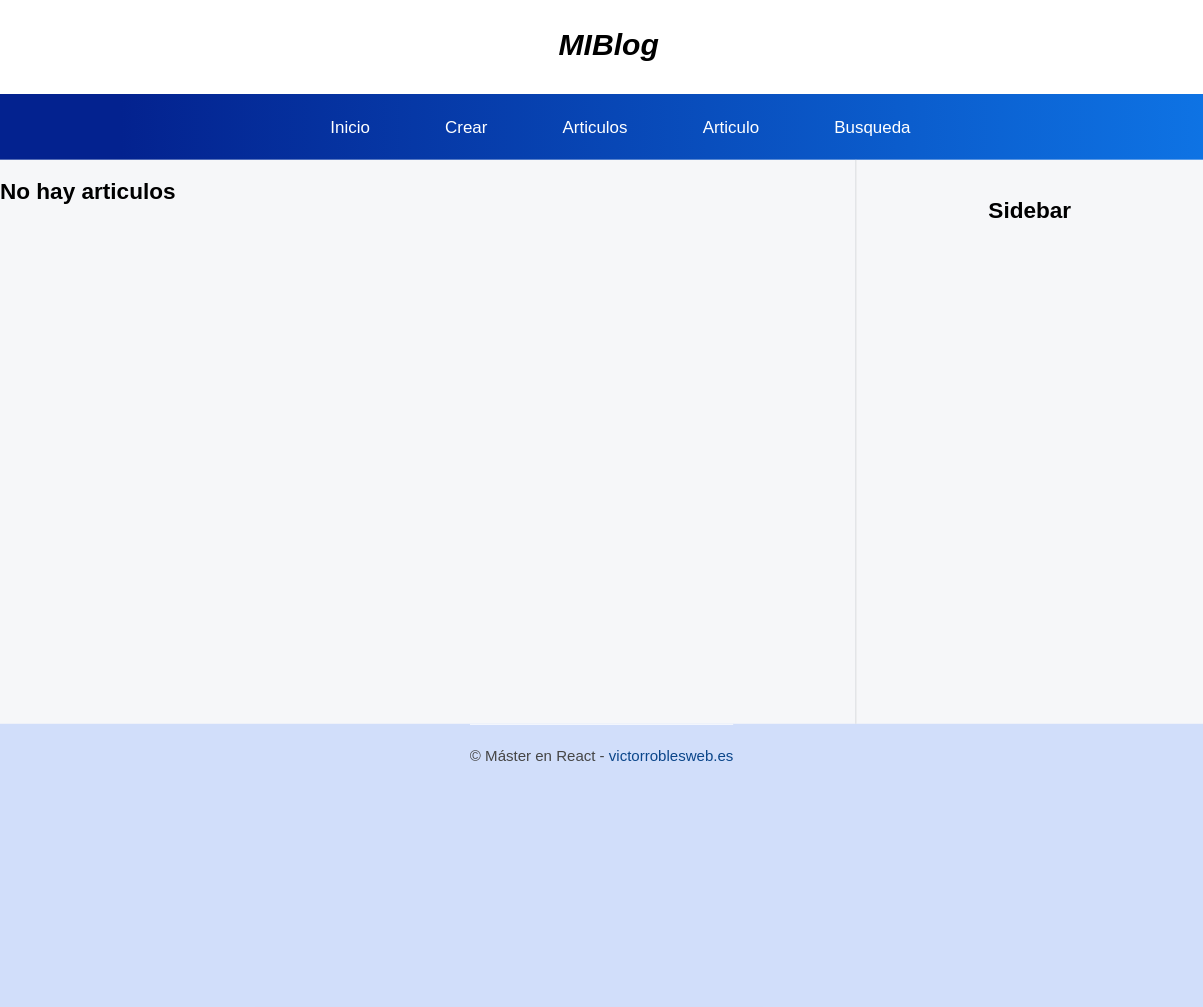
Repository: DamianBermudez94/frondEnd-blog
Page: /articulos
The author's editor kept a copy of each file at every save. The page is drawn from the files as they stood at one save, then again after the next save.
The browser window is 1280 px wide. The pictures show the whole page, at 94% of full size.
The page's requests for data from a server got no answer. The project was rebuilt for these pictures with package versions that can differ from the ones it lists, and the page was loaded fresh each time. No one was signed in, and anything a server would have sent is missing. Also part of the build but not shown: vite.config.js, src/components/pages/Inicio.jsx, src/components/pages/Busqueda.jsx, src/components/pages/Crear.jsx, src/components/pages/Articulo.jsx.

Above is the page before, as saved 2023-08-09 19:16:53.

### index.html
<!doctype html>
<html lang="es">
  <head>
    <meta charset="UTF-8" />
    <link rel="icon" type="image/svg+xml" href="/vite.svg" />
    <meta name="viewport" content="width=device-width, initial-scale=1.0" />
    <title>Proyecto-blog</title>
  </head>
  <body>
    <div id="root"></div>
    <script type="module" src="/src/main.jsx"></script>
  </body>
</html>

### src/main.jsx

import ReactDOM from 'react-dom/client'
import App from './App.jsx'
import './index.css'

ReactDOM.createRoot(document.getElementById('root')).render(

    <App />

)

### src/App.jsx
import { Rutas } from "./router/rutas"



function App() {


  return (
    <div className="layout">
      <Rutas></Rutas>
    </div>
  )
}

export default App

### src/index.css
/*:root {
  font-family: Inter, system-ui, Avenir, Helvetica, Arial, sans-serif;
  line-height: 1.5;
  font-weight: 400;

  color-scheme: light dark;
  color: rgba(255, 255, 255, 0.87);
  background-color: #242424;

  font-synthesis: none;
  text-rendering: optimizeLegibility;
  -webkit-font-smoothing: antialiased;
  -moz-osx-font-smoothing: grayscale;
  -webkit-text-size-adjust: 100%;
}

a {
  font-weight: 500;
  color: #646cff;
  text-decoration: inherit;
}
a:hover {
  color: #535bf2;
}

body {
  margin: 0;
  display: flex;
  place-items: center;
  min-width: 320px;
  min-height: 100vh;
}

h1 {
  font-size: 3.2em;
  line-height: 1.1;
}

button {
  border-radius: 8px;
  border: 1px solid transparent;
  padding: 0.6em 1.2em;
  font-size: 1em;
  font-weight: 500;
  font-family: inherit;
  background-color: #1a1a1a;
  cursor: pointer;
  transition: border-color 0.25s;
}
button:hover {
  border-color: #000bdb;
}
button:focus,
button:focus-visible {
  outline: 4px auto -webkit-focus-ring-color;
}

@media (prefers-color-scheme: light) {
  :root {
    color: #213547;
    background-color: #ffffff;
  }
  a:hover {
    color: #000dff;
  }
  button {
    background-color: #f9f9f9;
  }
}*/


/*ESTILOS GENERALES*/

body{
  background: #d1defa;
  font-family: sans-serif, Arial, Helvetica;
  text-align: center;
  padding: 0px;
  margin: 0px;
  box-sizing: border-box;

}

.layout{
  display: grid;
  grid-template-areas:
      "header header header header"
      "nav nav nav nav"
      "content content content lateral"
      "footer footer footer footer"
  ;
  grid-template-rows: 100px 70px auto 70px;
}

/*ESTILOS CABECERA*/

.header{
  grid-area: header;
  width: 100%;
  background: white;
  text-align: left;
  font-style: italic;

  display: flex;
  justify-content: center;
}



.header h1{
  margin-left: 15px;
  margin-top: 30px;
}

/*ESTILOS DE LA BARRA DE NAVEGACIÓN*/

.nav{
  grid-area: nav;
  background: linear-gradient(90deg, #03228f 10%, #0e73e4 100%);
}

.nav > ul {
  display: flex;
  justify-content: center;
  align-items: center;
  list-style: none;
}

.nav li{
  padding: 10px;
}

.nav a {
  display: block;
  margin-left: 30px;
  margin-right: 30px;
  font-size: 18px;
  font-weight: lighter;
  color: white;
  text-decoration: none;
  transition: all 300ms;
}

.nav a:hover{
  transform: scale(1.1, 1.1);
}

/*ESTILOS PARA EL CONTENIDO PRINCIPAL*/

.content{
  height: 600px;
  grid-area: content;
  background: #f6f7f9;
  display: flex;
  flex-flow: wrap;
  justify-content: flex-start;
  align-items: initial;
  flex-grow: 1;
}
.jumbo{
  width: 85%;
  height: 80%;
  padding-top: 20px;
  display: flex;
  background-color: #ddd;
  justify-content: center;
  align-items: center;
  flex-direction: column;
  border-radius: 5px;
  box-shadow: 1px 0px 10px 0px #6e6e6e;
  margin: 30px auto;
}
.articulo-item{
  flex-grow: 1;
  background: white;
  border-radius: 10px;
  box-shadow: 0px 0px 6px #ddd;
  margin: 20px;
  padding-top: 60px;
  padding-bottom: 60px;
  padding-left: 25px;
  padding-right: 25px;
  display: flex;
  justify-content: center;
  align-items: center;
  max-height: 225px;
}
.articulo-img img{
  width: 500px;
  overflow: hidden;
}
.articulo-item .edit{
  margin-right: 7px;
}
.articulo-datos{
  text-align: left;
}
.title-articulo{
  font-size: 25px;

}
.button,
button,
input[type="submit"],
input[type="button"]{
  width: 100px;
  background: #0b70e1;
  color: white;
  border: 0;
  outline: 0;
  padding:15px;
  border-radius: 3px;
  margin-top:15px;
  text-transform: capitalize;
  font-size: 16px;
  font-weight: 500;
  cursor: pointer;
  transition: all 300ms;
}
.articulo-borrar{
  margin-right: 20px;
}
.articulo-item .articulo-borrar:hover{

  background: #9b0202;
}

.articulo-item .articulo-editar:hover{
  background: #e77b00;
}

/*ESTILOS BARRA LATERAL*/

.lateral{
  grid-area: lateral;
  background: #f6f7f9;
  border-left: 1px solid #ddd;
  padding: 20px;
}

.lateral > div{
  box-sizing: border-box;
  width: 90%;
  margin: 20px;
  padding: 20px;
  padding-top: 10px;
  background: white;
  border-radius: 10px;
  box-shadow: 0px 0px 6px #ddd;
}

.lateral input[type="text"],
.lateral input[type="text"],
.lateral textarea,
.edit_form input[type="text"],
.edit_form input[type="text"],
.edit_form textarea
{
  display: block;
  margin: 0 auto;
  margin-top: 15px;
  padding: 12px;
  border-radius: 5px;
  background: #f6f7f9;
  color: #454545;
  width: 80%;
  max-width: 250px;
  min-width: 250px;
  min-height: 30px;
  max-height: 250px;
  opacity: 4;
  outline: 0;
  border-color: transparent;
}
.no-encontrado{
  color: #9b0202;
}
.edit_form{
  border-top: 1px solid #ddd;
  margin-top: 10px;
}

/*ESTILOS PARA EL PIE DE PÁGINA*/
.footer{
  height: 300px;
  grid-area: footer;
  margin: 0 auto;
  background: #d1defa;
  color: #454545;
  border-top: 1px solid white;

  line-height: 68px;

}

.footer a{
  color: #0b468a;
  text-decoration: none;
}

@media (max-width: 1085px){
  .content {
      flex-flow: column wrap;
      justify-content: center;
      align-items: center;
  }

  .articulo-item{
      width: 80%;
  }
}

### src/router/rutas.jsx
import React from "react";
import { BrowserRouter, Routes, Route, Navigate } from "react-router-dom";
import { Inicio } from "../components/pages/Inicio";
import { Busqueda } from "../components/pages/Busqueda";
import { Crear } from "../components/pages/Crear";
import Articulos from "../components/pages/Articulos";
import { Articulo } from "../components/pages/Articulo";
import { Header } from "../components/layout/Header";
import { Nav } from "../components/layout/Nav";
import { Footer } from "../components/layout/Footer";
import { Sidebar } from "../components/layout/Sidebar";


export const Rutas = ()=>{

    return(

        <BrowserRouter>
            {/*Layout*/}
            <Header></Header>
            <Nav></Nav>
            {/*Contenido principal y rutas*/}
            <section id="content" className="content">
                <Routes>
                    <Route path="/" element={<Inicio/>}/>
                    <Route path="/inicio" element={<Inicio/>}/>
                    <Route path="/busqueda" element={<Busqueda/>}/>
                    <Route path="/crear" element={<Crear/>}/>
                    <Route path="/articulos" element={<Articulos/>}/>
                    <Route path="/articulo" element={<Articulo/>}/>
                </Routes>
            </section>
            <Sidebar/>
            <Footer></Footer>
        </BrowserRouter>

    )

}

### src/components/pages/Articulos.jsx
import { useEffect, useState } from "react";

const Articulos = () => {
  const [articulos, setArticulos] = useState([]);

  useEffect(() => {
    conseguirArticulos();
  }, []);

  const conseguirArticulos = async () => {
    const url = "http://localhost:3750/api/articulos/";
    let peticion = await fetch(url, { method: "GET" });
    const datos = await peticion.json();
    console.log(datos);
    if (datos.status === "success") {
      console.log(datos.listado);
      setArticulos(datos.listado);
    }
  };

  return (
    <>
      {
      articulos.length >= 1 ? (
        articulos.map((articulo) => {
          return (
            <article key={articulo._id} className="articulo-item">
              <div className="articulo-img">
                <img
                  src="https://cms.rootstack.com/sites/default/files/inline-images/javascript%20logo.png"
                  alt=""
                />
              </div>
              <div className="articulo-datos">
                <h3 className="title-articulo">{articulo.titulo}</h3>
                <p className="parrafo-articulo">
                  {articulo.contenido}
                </p>
                <button className="articulo-borrar">borrar</button>
                <button className="articulo-editar">editar</button>
              </div>
            </article>
          );
        })
      ):(
        <h1>No hay articulos</h1>
      )
}
    </>
  );
};

export default Articulos;

### src/components/layout/Header.jsx
import React from 'react'

export const Header = () => {
  return (

         <header className="header">
            <h1>MIBlog</h1>
        </header>

  )
}

### src/components/layout/Nav.jsx
import React from 'react'
import { NavLink } from 'react-router-dom'

export const Nav = () => {
  return (

           <nav className="nav">
            <ul>
                <li><NavLink to="/#">Inicio</NavLink></li>
                <li><NavLink to="/crear">Crear</NavLink></li>
                <li><NavLink to="/articulos">Articulos</NavLink></li>
                <li><NavLink to="/articulo">Articulo</NavLink></li>
                <li><NavLink to="/busqueda">Busqueda</NavLink></li>

            </ul>
        </nav>

  )
}

### src/components/layout/Footer.jsx
import React from 'react'

export const Footer = () => {
  return (

         <footer className="footer">
            &copy; Máster en React - <a href="https://victorroblesweb.es">victorroblesweb.es</a>
        </footer>

  )
}

### src/components/layout/Sidebar.jsx
import React from 'react'

export const Sidebar = () => {
  return (
        <aside className="lateral">

            <h1>Sidebar</h1>

        </aside>

  )
}

After the next save:
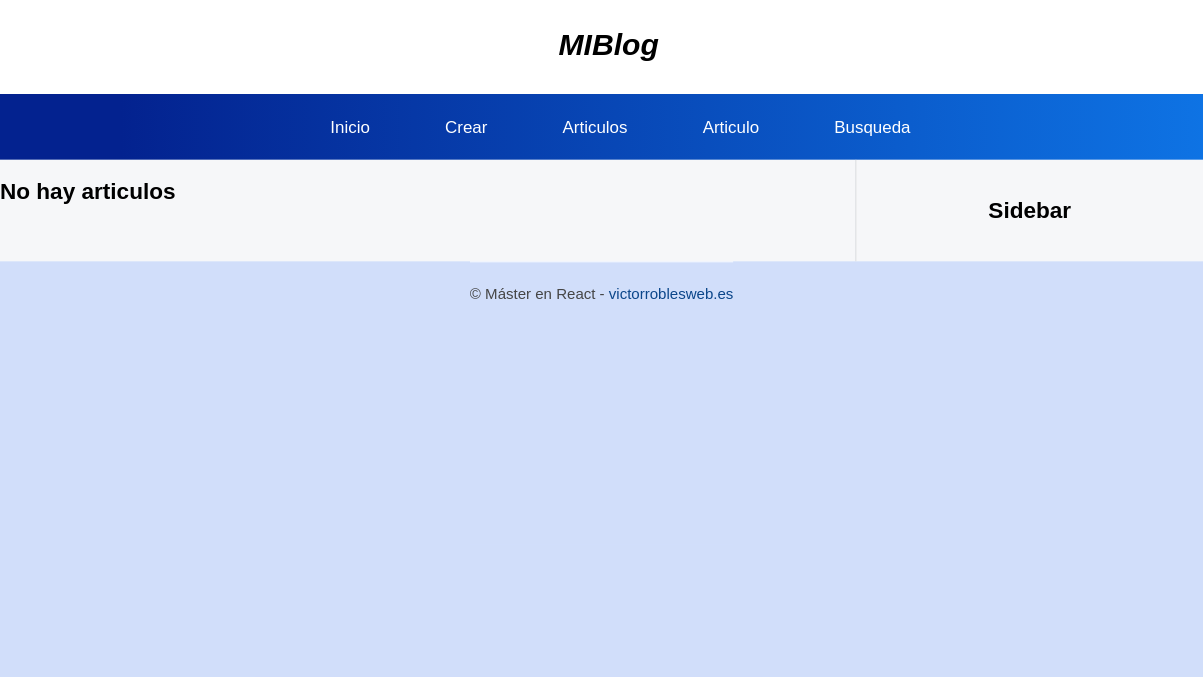
Saved 53 s later.
--- a/src/index.css
+++ b/src/index.css
@@ -148,7 +148,7 @@ body{
 /*ESTILOS PARA EL CONTENIDO PRINCIPAL*/
 
 .content{
-  height: 600px;
+
   grid-area: content;
   background: #f6f7f9;
   display: flex;
